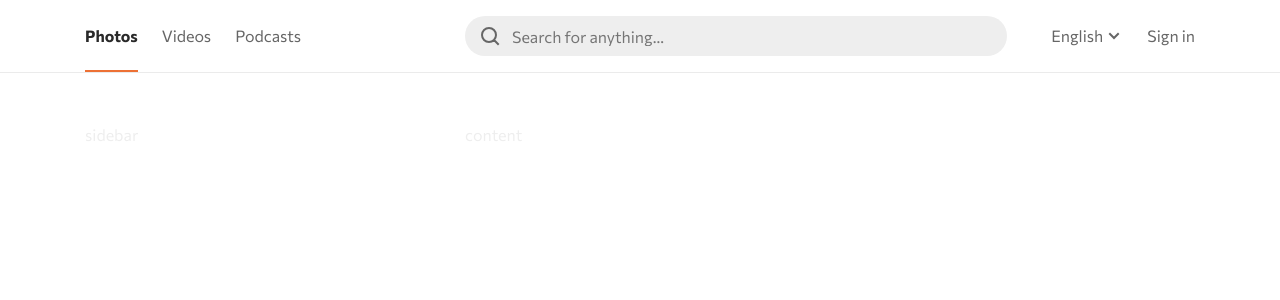
Repository: densavi/djinni
Page: index.html
The author's editor kept a copy of each file at every save. The page is drawn from the files as they stood at one save, then again after the next save.
The browser window is 1280 px wide. The pictures show the whole page.
The style sheet was rebuilt from its Sass, Less or Tailwind sources for each picture, by a compiler version that may differ from the author's.

Above is the page before, as saved 2023-04-10 23:16:03.

After the next save:
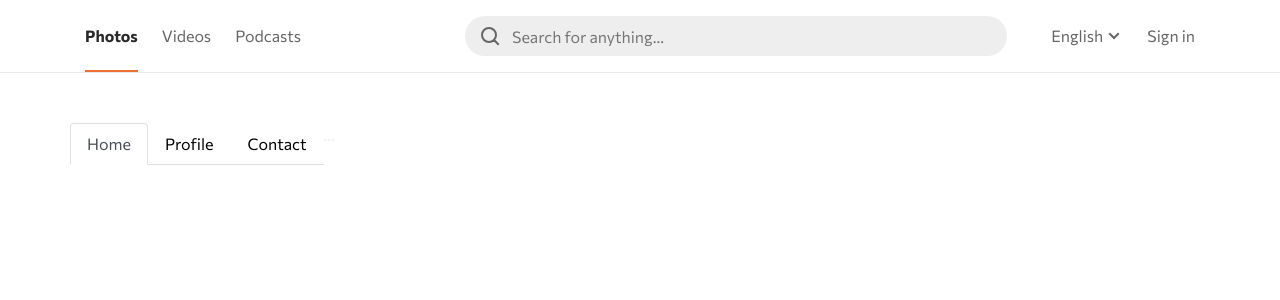
Saved 74 s later.
--- a/index.html
+++ b/index.html
@@ -56,12 +56,18 @@
 
   <div class="wrapper">
     <div class="container">
-      <div class="row d-flex justify-content-between">
-        <div class="col-3">
-          sidebar
-        </div>
-        <div class="col-8">
-          content
+      <div class="row">
+        <nav>
+          <div class="nav nav-tabs" id="nav-tab" role="tablist">
+            <button class="nav-link active" id="nav-home-tab" data-bs-toggle="tab" data-bs-target="#nav-home" type="button" role="tab" aria-controls="nav-home" aria-selected="true">Home</button>
+            <button class="nav-link" id="nav-profile-tab" data-bs-toggle="tab" data-bs-target="#nav-profile" type="button" role="tab" aria-controls="nav-profile" aria-selected="false">Profile</button>
+            <button class="nav-link" id="nav-contact-tab" data-bs-toggle="tab" data-bs-target="#nav-contact" type="button" role="tab" aria-controls="nav-contact" aria-selected="false">Contact</button>
+          </div>
+        </nav>
+        <div class="tab-content" id="nav-tabContent">
+          <div class="tab-pane fade show active" id="nav-home" role="tabpanel" aria-labelledby="nav-home-tab">...</div>
+          <div class="tab-pane fade" id="nav-profile" role="tabpanel" aria-labelledby="nav-profile-tab">...</div>
+          <div class="tab-pane fade" id="nav-contact" role="tabpanel" aria-labelledby="nav-contact-tab">...</div>
         </div>
       </div>
     </div>
